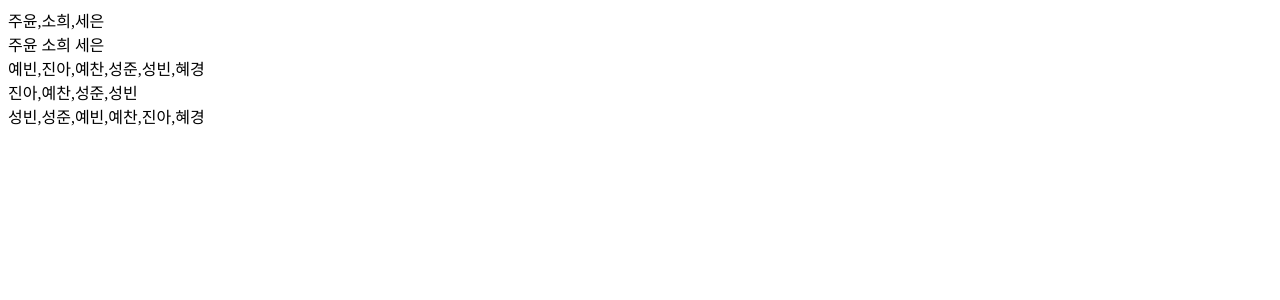
Repository: ssohee98/Web-Study
Page: JS/WebContent/inner/i_exam01.html
These files come from the project's save history. The page is drawn as it stood at one moment and after the next save; the edit follows.
The browser window is 1280 px wide. The pictures show the whole page.

Above is the page before, as saved 2023-02-22 01:06:05.

### JS/WebContent/inner/i_exam01.html
<!DOCTYPE html>
<html>
<head>
<meta charset="UTF-8">
<title>Insert title here</title>
<script type="text/javascript">

	//Array(배열)
	let arr1 = [];

	arr1[0] = '주윤';
	arr1[1] = '소희';
	arr1[2] = '세은';

	let arr2 = new Array(3);

	arr2[0] = '성준';
	arr2[1] = '성빈';
	arr2[2] = '혜경';

	let arr3 = new Array('예빈', '진아', '예찬');

	//배열 => 문자열 변환
	document.write(arr1.toString()+"<br>"); //주윤,소희,세은
	document.write(arr1.join(" ")+"<br>");	//주윤 소희 세은		요소 요소 사이 들어갈 내용을 정의

	//배열 추가(배열에 배열을 연결)concat	vs 배열 요소 추가는 push
	let arr4 = arr3.concat(arr2);
	document.write(arr4.toString()+"<br>");	//예빈,진아,예찬,성준,성빈,혜경

	//배열 일부 추출 slice(시작인덱스(0부터 시작), 마지막인덱스(지정 전까지))
	let arr5 = arr4.slice(1, 5);
	document.write(arr5.toString()+"<br>");	//진아,예찬,성준,성빈

/* 	//배열 부분 삭제 splice(시작인덱스, 삭제할 개수)
	let arr6 = arr4.splice(1, 4);
	document.write(arr4.toString()+"<br>");	//예빈,혜경			: 삭제하고 남은 대상
	document.write(arr6.toString()+"<br>");	//진아,예찬,성준,성빈	: 삭제된 대상
 */

	//배열 정렬
	let arr7 = arr4.sort();
	document.write(arr7.toString()+"<br>");






</script>
</head>
<body>

</body>
</html>

After the next save:
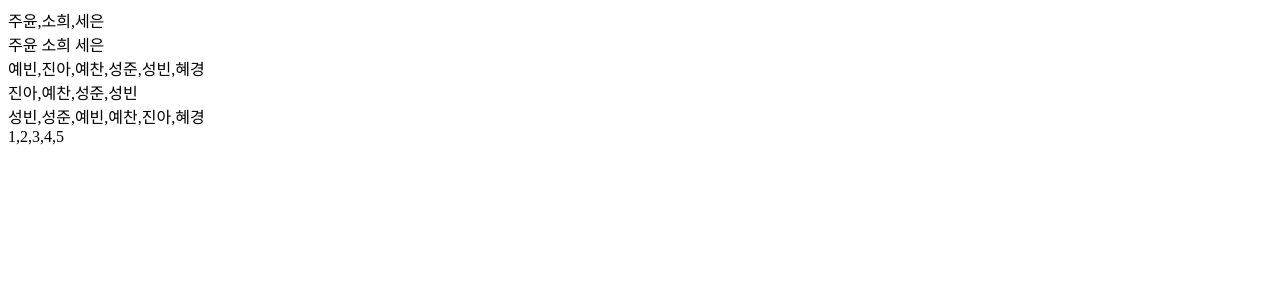
Saved 87 s later.
--- a/JS/WebContent/inner/i_exam01.html
+++ b/JS/WebContent/inner/i_exam01.html
@@ -40,7 +40,15 @@
 
 	//배열 정렬
 	let arr7 = arr4.sort();
-	document.write(arr7.toString()+"<br>");
+	document.write(arr7.toString()+"<br>");	//성빈,성준,예빈,예찬,진아,혜경	:오름차순 정렬
+
+	//ES6 Array
+
+
+	//Array.of() : 전달받은 모든 인수로 배열 생성
+	let arr8 = Array.of(1,2,3,4,5);
+	document.write(arr8.toString()+"<br>");
+
 
 
 
